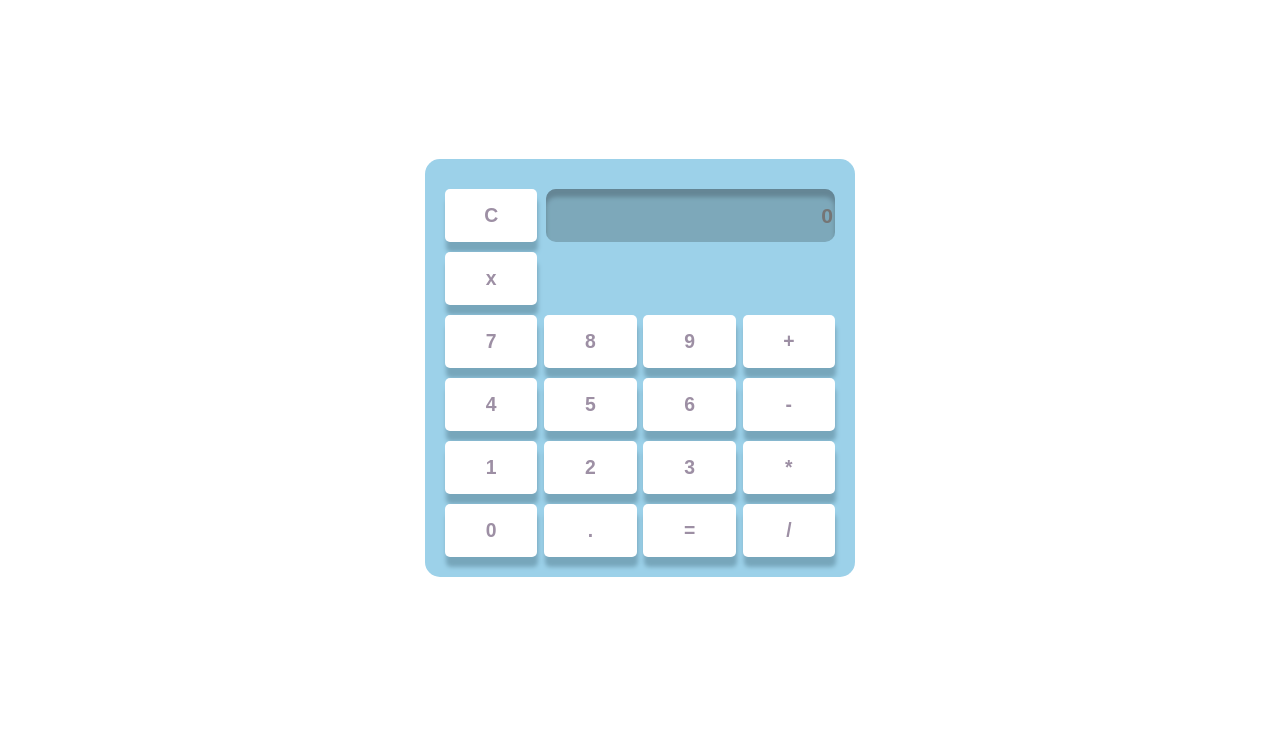
Repository: sem1103/calculator
Page: index.html
These files come from the project's save history. The page is drawn as it stood at one moment and after the next save; the edit follows.
The browser window is 1280 px wide. The pictures show the whole page.

Above is the page before, as saved 2023-11-02 11:49:37.

### index.html
<!DOCTYPE html>
<html lang="en">

<head>
    <meta charset="UTF-8">
    <meta name="viewport" content="width=device-width, initial-scale=1.0">
    <title>Calc</title>
    <style>
        * {
            box-sizing: border-box;
            font: bold 1.1rem arial;
        }

        .calc__container {
            display: flex;
            justify-content: center;
            height: 100vh;
            align-items: center;
        }

        .calc__wrapper {
            max-width: 900px;
            background-color: #9cd1e9;
            padding: 20px;
            border-radius: 15px;
        }

        .calc__display {
            box-shadow: inset 0px 8px 4px 0px #658695;
            background-color: #7da8ba;
            flex-basis: 32%;
            border-radius: 10px;
            border: 0;
            outline: 0;
            text-align: right;
            font-size: 1.2rem;
            color: #fff;
        }

        .calc__main,
        .calc__header {
            display: flex;
            flex-direction: row;
            flex-wrap: wrap;
            justify-content: space-between;
            row-gap: 10px;
            column-gap: 5px;

        }

        .calc__header {
            margin: 10px 0;
        }

        button {
            padding: 15px 5px;
            text-align: center;
            background-color: #fff;
            box-shadow: 1px 10px 4px #77a6bb;
            flex-basis: calc(25% - 5px);
            border: 0;
            border-radius: 5px;
            cursor: pointer;
            color: #9d8fa4;
            transition: all .1s ease-in-out;
        }

        button:active {
            box-shadow: 1px 0 4px #77a6bb;
            transform: translate(0, 3px);
        }

        button:hover {
            background-color: #d1d1d1;
        }

        .active{
            box-shadow: 1px 0 4px #77a6bb;
            transform: translate(0, 3px);
            background-color: #d1d1d1;
        }
    </style>
</head>

<body>
    <div class="calc__container">
        <div class="calc__wrapper">
            <div class="calc__header">
                <button onclick="clearDisplay()">C</button>
                <input id="display" class="calc__display" type="text" placeholder="0" oninput="setValueHandle(this)">

                </input>
                 <button onclick="clearDisplay()">x</button>
            </div>
            <div class="calc__main">
                <button onkeydown="test(this)" onclick="setValueHandle(this)">7</button>
                <button onclick="setValueHandle(this)">8</button>
                <button onclick="setValueHandle(this)">9</button>
                <button onclick="setValueHandle(this)">+</button>
                <button onclick="setValueHandle(this)">4</button>
                <button onclick="setValueHandle(this)">5</button>
                <button onclick="setValueHandle(this)">6</button>
                <button onclick="setValueHandle(this)">-</button>
                <button onclick="setValueHandle(this)">1</button>
                <button onclick="setValueHandle(this)">2</button>
                <button onclick="setValueHandle(this)">3</button>
                <button onclick="setValueHandle(this)">*</button>
                <button onclick="setValueHandle(this)">0</button>
                <button onclick="setValueHandle(this)">.</button>
                <button onclick="calcSumm()">=</button>
                <button onclick="setValueHandle(this)">/</button>
            </div>
        </div>
    </div>


    <script>
        let calcDisplay = document.getElementById('display');
        let buttons = document.querySelectorAll('button');

        function setValueHandle(e) {

            if (/[a-zA-Zа-яА-ЯёЁ]/.test(calcDisplay.value)) {
                console.log(1);
                calcDisplay.value = e.value;
                return;
            }else if(/\b0+\d+/.test(calcDisplay.value) || /^[+\*/]/.test(calcDisplay.value)){
                calcDisplay.value = 'Ошибка!';
                return;
            }
            calcDisplay.value += e.innerHTML;

        }

        function clearDisplay() {
            calcDisplay.value = '';
        }

        function calcSumm() {
            let value = calcDisplay.value;


            value = value.replace(/\s/g, '');
            let operators = value.split('').filter(item => {
                if (item == '+' || item == '-' || item == '*' || item == '/') return item;
            })
            let numbers = value.split(/[+\-*/]/);
            let result = +numbers[0];

            console.log(operators);
            console.log(numbers);
            if (numbers[numbers.length - 1] == '') {
                calcDisplay.value = 'Ошибка!';
                return;
            }else if(/[\+\-\*\/]{2,}/.test(calcDisplay.value) ){
                calcDisplay.value = 'Две математических операции!';
                return;
            }



            operators.forEach((item, index) => {
                if (item == '+') {
                    result += +numbers[index + 1]
                } else if (item == '-') {
                    result -= numbers[index + 1]
                } else if (item == '/') {
                    if (+numbers[index + 1] === 0) {
                        calcDisplay.value = 'На ноль делить нельзя!!';
                        throw new Error('infiniti');
                    } else result /= numbers[index + 1];

                } else result *= numbers[index + 1]
            });
            calcDisplay.value = result;

        }


        document.body.addEventListener('keydown', (e) =>{
            if(e.key >=0 && e.key <= 9 || ['+','-','*','/','.'].includes(e.key)){
                buttons.forEach(item => {
                    if(item.innerHTML == e.key){
                        setValueHandle(item);
                        item.classList.add('active');
                        item.addEventListener('transitionend', () =>{
                        item.classList.remove('active')
                        })
                    }
                })
            }
        });
    </script>
</body>

</html>

After the next save:
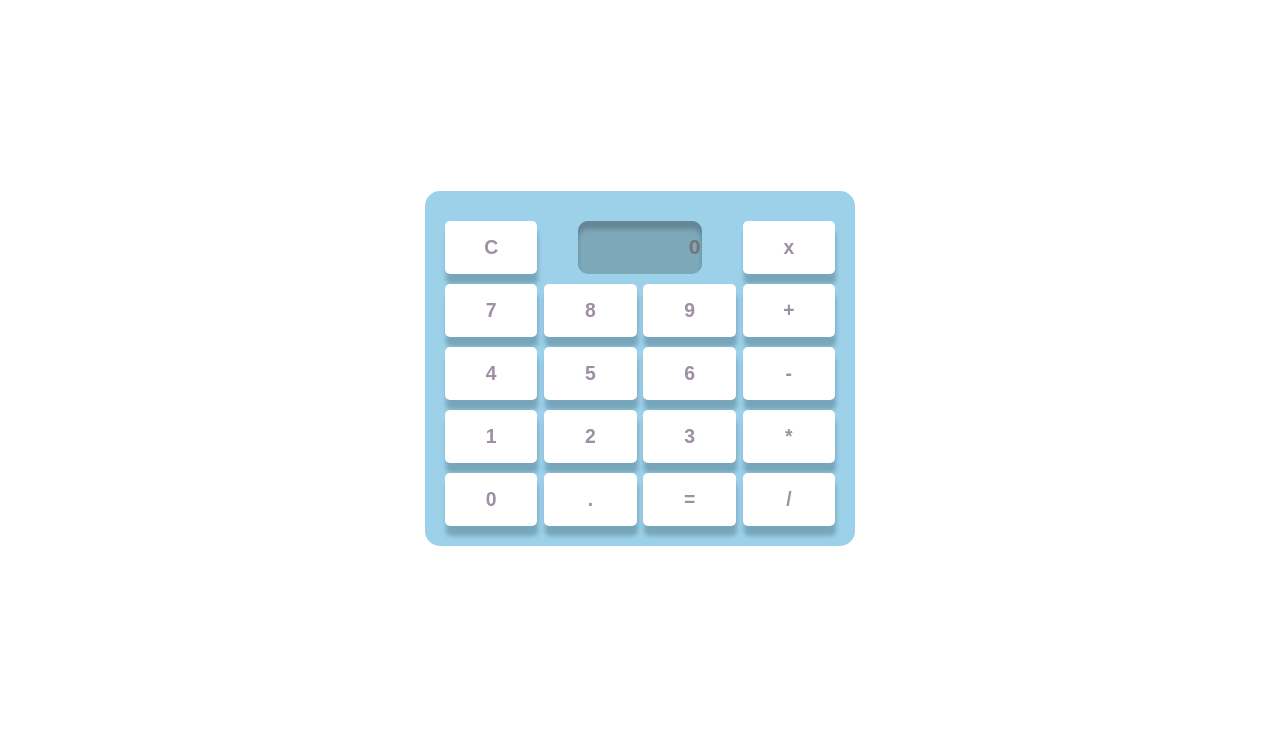
Saved 20 s later.
--- a/index.html
+++ b/index.html
@@ -28,7 +28,7 @@
         .calc__display {
             box-shadow: inset 0px 8px 4px 0px #658695;
             background-color: #7da8ba;
-            flex-basis: 32%;
+            width: 32%;
             border-radius: 10px;
             border: 0;
             outline: 0;
